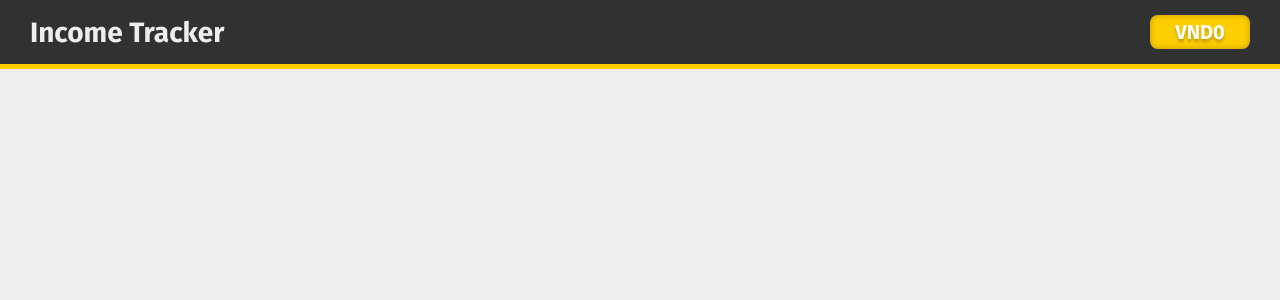
Repository: kate30980/incometracker
Page: /
These files come from the project's save history. The page is drawn as it stood at one moment and after the next save; the edit follows.
The browser window is 1280 px wide. The pictures show the whole page.
The project was rebuilt for these pictures with package versions that can differ from the ones it lists, and the page was loaded fresh each time.

Above is the page before, as saved 2021-08-23 17:02:38.

After the next save:
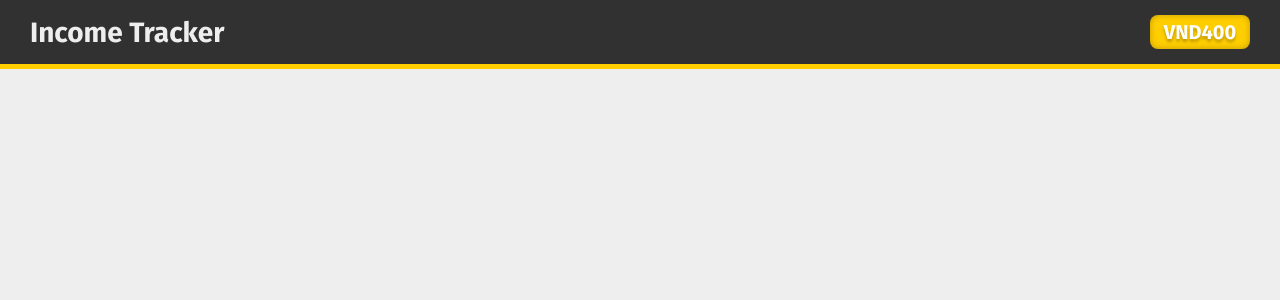
Saved 36 s later.
--- a/src/App.vue
+++ b/src/App.vue
@@ -9,7 +9,9 @@ import Header from './components/Header.vue'
 export default {
   setup(){
     const state = reactive({
-      income: [],
+      income: [{
+        value: 400
+      }],
       totalIncome: computed(() => {
         let temp = 0;
 
